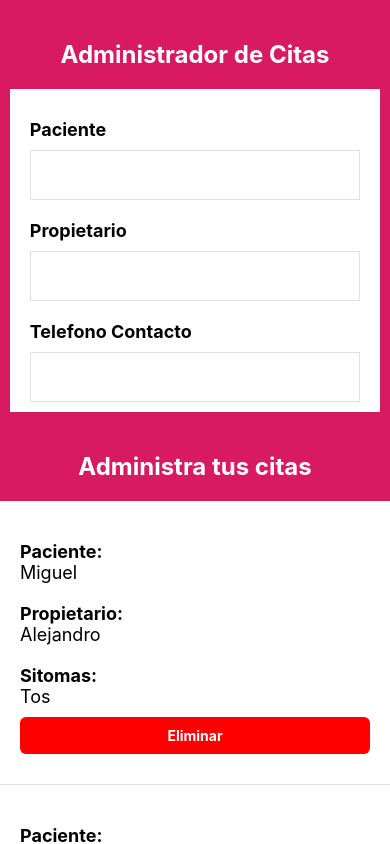
Repository: AleMicky/citas
Screen: /
An editor plug-in stored every save of this project. The screen is shown before and after the next save, followed by the edit.
The app was drawn by React Native's web renderer in a window 390 px wide. The project was rebuilt for these pictures with package versions that can differ from the ones it lists, and the page was loaded fresh each time.

Above is the screen before, as saved 2020-06-27 01:09:50.

### App.js
import React from 'react'
import { View, Text, StyleSheet, FlatList } from 'react-native'
import Cita from './src/components/Cita';
import Formulario from './src/components/Formulario';

export default function App() {

  const [citas, setCitas] = React.useState([
      { id:'1', paciente:'Miguel', propietario:'Alejandro', sitomas: 'Tos' },
      { id:'2', paciente:'Juan', propietario:'Miguel', sitomas: 'No duerme' },
      { id:'3', paciente:'Rossy', propietario:'Camila', sitomas: 'No come' }
  ]);

   const eliminarPaciente = id => {
      setCitas((citasActuales) =>{
        return citasActuales.filter(citas => citas.id != id)
      })
   }
  return (
    <View style={styles.contenedor}>
        <Text style={styles.titulo}>Administrador de Citas</Text>
          <Formulario />
          <Text style={styles.titulo}>{citas.length > 0 ?'Administra tus citas':'No hay citas, agrega una '}</Text>
          <FlatList data = {citas}
                    renderItem = {({item}) => (<Cita item = {item} eliminarPaciente = {eliminarPaciente}/>)}
                    keyExtractor = {citas => citas.id}
            />
    </View>
  )
}

const styles = StyleSheet.create({
  contenedor:{
    flex:1,
    backgroundColor:'#d81b60'
  },
  titulo:{
    marginTop:40,
    marginBottom:20,
    fontSize: 24,
    fontWeight:'bold',
    textAlign:'center',
    color:'#fff'
  }
})

### src/components/Cita.js
import React from 'react';
import { Text, StyleSheet, View, TouchableOpacity } from 'react-native';

const Cita = ({ item, eliminarPaciente }) => {

    const { id, paciente, propietario, sitomas  } = item;

    const dialogoEliminar = id => {
        eliminarPaciente(id);
    }

    return (
        <View style={styles.cita}>
            <View>
                <Text style={styles.lebel}>Paciente: </Text>
                <Text style={styles.texto}>{paciente}</Text>
            </View>
            <View>
                <Text style={styles.lebel}>Propietario: </Text>
                <Text style={styles.texto}>{propietario}</Text>
            </View>
            <View>
                <Text style={styles.lebel}>Sitomas: </Text>
                <Text style={styles.texto}>{sitomas}</Text>
            </View>
            <View>
                <TouchableOpacity onPress={() => dialogoEliminar(id)} style={styles.butonEliminar}>
                        <Text style={styles.textoELiminar}>Eliminar</Text>
                </TouchableOpacity>
            </View>
        </View>
    );
}
const styles = StyleSheet.create({
    cita:{
        backgroundColor:'#fff',
        borderBottomColor:"#e1e1e1",
        borderStyle:'solid',
        borderBottomWidth: 1,
        paddingVertical:20,
        paddingHorizontal:20,
    },
    lebel:{
        fontWeight:'bold',
        fontSize:18,
        marginTop:20
    },
    texto:{
        fontSize:18,
    },
    butonEliminar:{
        borderRadius: 6,
        padding:10,
        backgroundColor:'red',
        marginVertical:10,

    },
    textoELiminar:{
        color:'#fff',
        fontWeight:'bold',
        textAlign:'center'
    }
})
export default Cita;

### src/components/Formulario.js
import React from 'react';
import { View, Text, StyleSheet, TextInput } from 'react-native';

const Formulario = () => {
    return (
        <>
            <View style={styles.formulario}>
                <View>
                    <Text style={styles.label}>Paciente</Text>
                    <TextInput style={styles.inpul}
                               onChangeText={(texto) => console.log(texto)}

                    />
                </View>
                <View>
                    <Text style={styles.label}>Propietario</Text>
                    <TextInput style={styles.inpul}
                               onChangeText={(texto) => console.log(texto)}

                    />
                </View>
                <View>
                    <Text style={styles.label}>Telefono Contacto</Text>
                    <TextInput style={styles.inpul}
                               onChangeText={(texto) => console.log(texto)}
                               keyboardType='phone-pad'
                    />
                </View>
            </View>
        </>
    );
}


const styles = StyleSheet.create({
    formulario:{
        backgroundColor:'#ffff',
        paddingHorizontal:20,
        paddingVertical:10,
        marginHorizontal:'2.5%'
    },
    label:{
        fontWeight:'bold',
        fontSize:18,
        marginTop:20
    },
    inpul:{
        marginTop:10,
        height:50,
        borderColor:'#e1e1e1',
        borderWidth:1,
        borderStyle:'solid'
    }
});

export default Formulario;

After the next save:
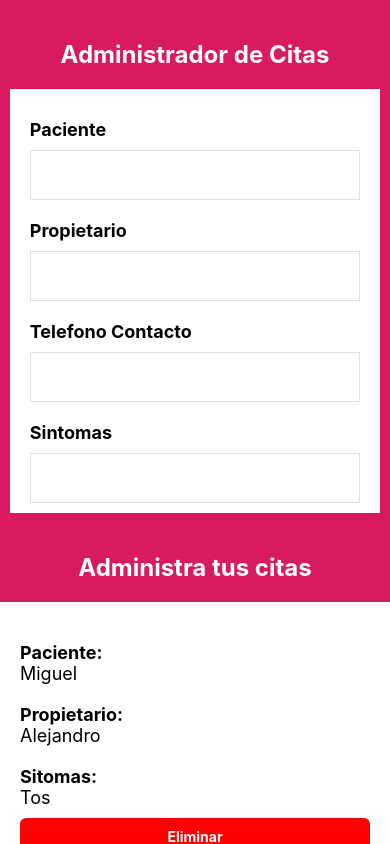
Saved 85 s later.
--- a/src/components/Formulario.js
+++ b/src/components/Formulario.js
@@ -24,6 +24,14 @@ const Formulario = () => {
                     <TextInput style={styles.inpul}
                                onChangeText={(texto) => console.log(texto)}
                                keyboardType='phone-pad'
+                    />
+                </View>
+                <View>
+                    <Text style={styles.label}>Sintomas</Text>
+                    <TextInput multiline
+                               style={styles.inpul}
+                               onChangeText={(texto) => console.log(texto)}
+
                     />
                 </View>
             </View>
